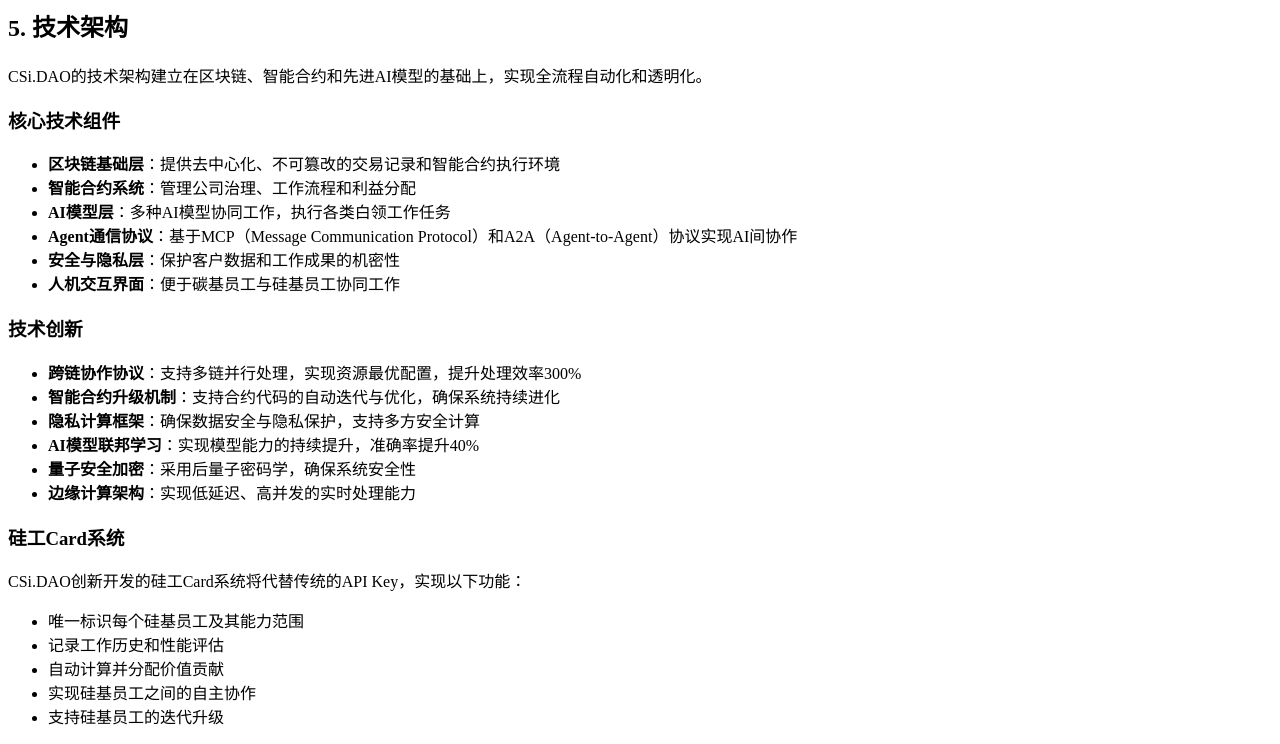
Repository: delez911/ainize
Page: static-site/src/components/technology/technology.html
These files come from the project's save history. The page is drawn as it stood at one moment and after the next save; the edit follows.
The browser window is 1280 px wide. The pictures show the whole page.

Above is the page before, as saved 2025-04-24 08:57:17.

After the next save:
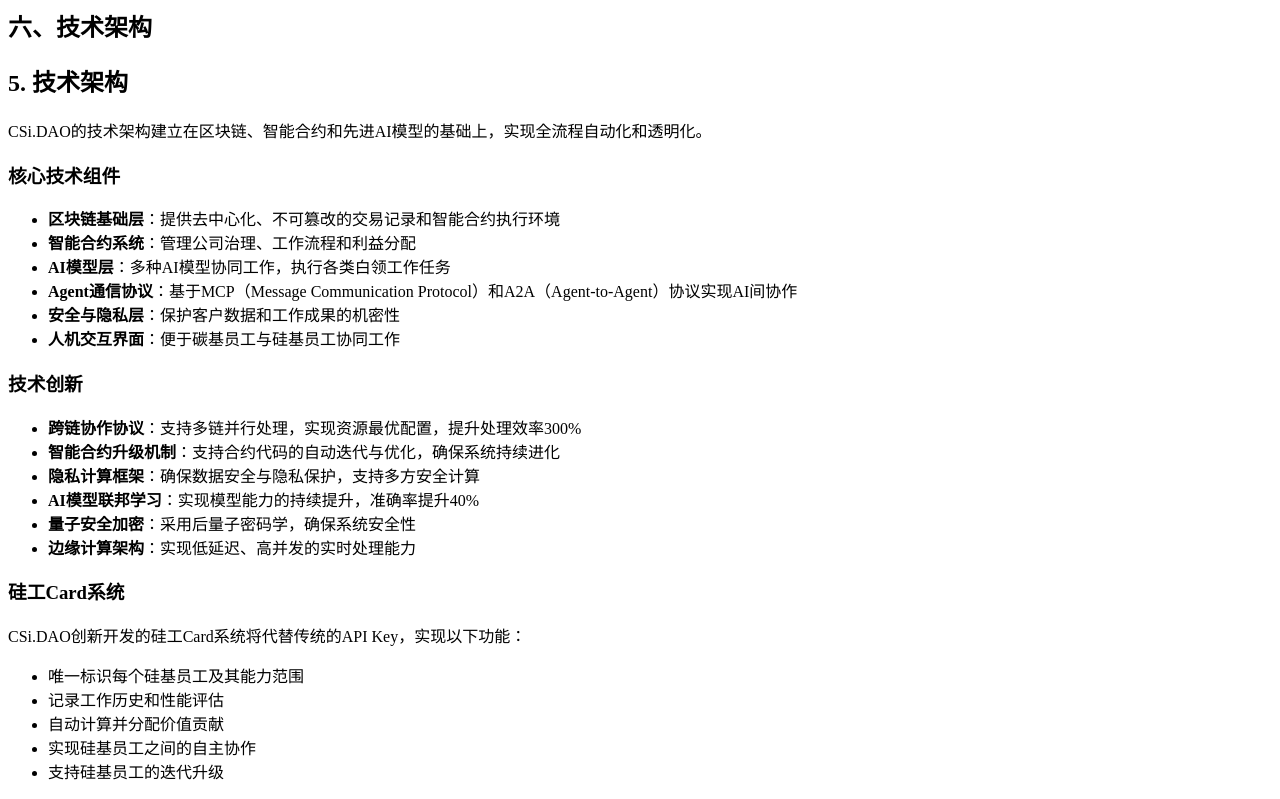
Saved 59 min 18 s later.
--- a/static-site/src/components/technology/technology.html
+++ b/static-site/src/components/technology/technology.html
@@ -1,5 +1,6 @@
 <section id="technology" class="section">
   <div class="section-container">
+    <h2 class="section-title">六、技术架构</h2>
     <h2 class="section-title">5. 技术架构</h2>
     <div class="content">
       <p>CSi.DAO的技术架构建立在区块链、智能合约和先进AI模型的基础上，实现全流程自动化和透明化。</p>
